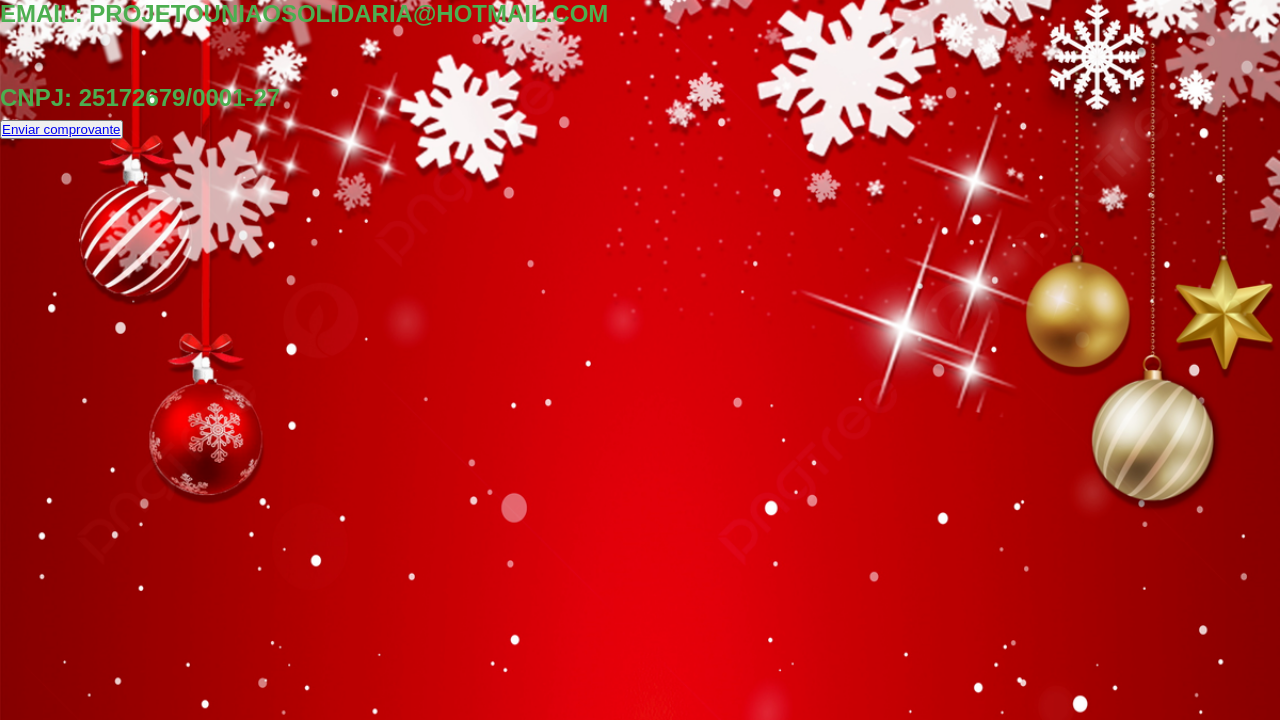
Repository: adrtrvs/qrcodeong
Page: pix.html
The author's editor kept a copy of each file at every save. The page is drawn from the files as they stood at one save, then again after the next save.
The browser window is 1280 px wide. The pictures show the whole page.
Some web fonts or font styles are not loaded; a fallback is used.

Above is the page before, as saved 2022-11-07 11:20:04.

After the next save:
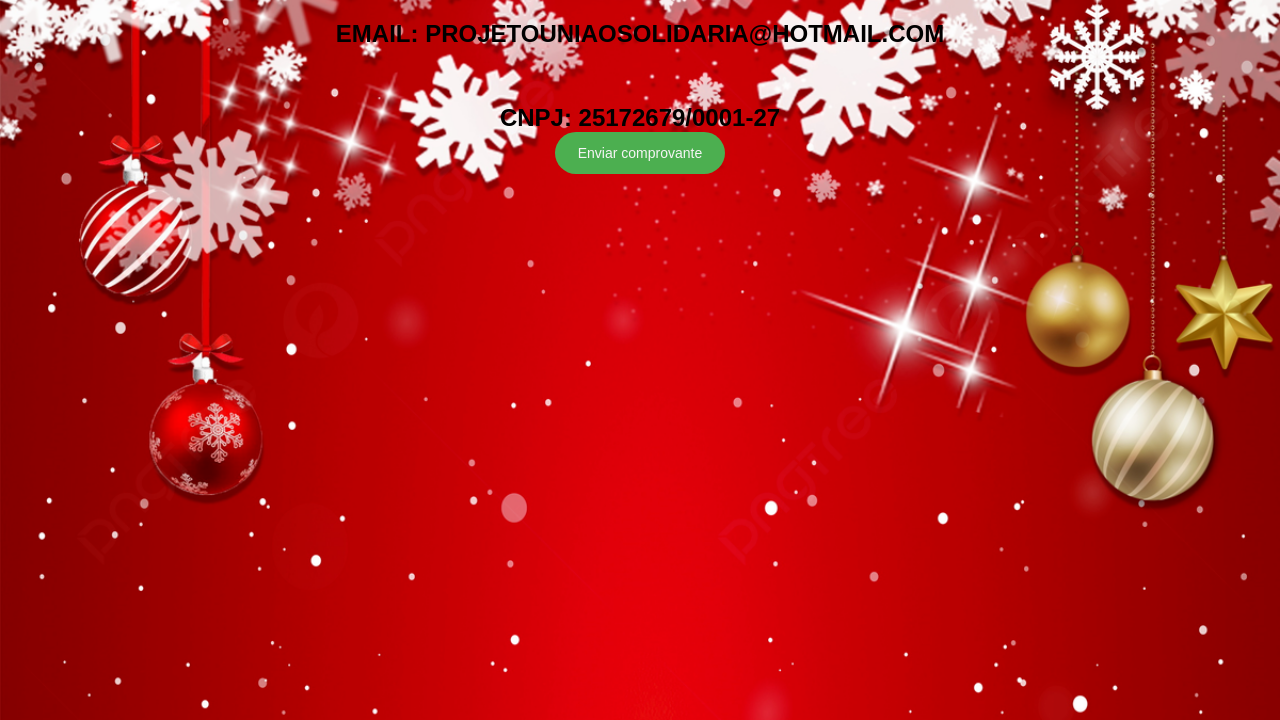
Saved 39 s later.
--- a/style.css
+++ b/style.css
@@ -78,12 +78,8 @@ h3 {
   font-family: 'Cuprum', sans-serif;
 }
 
-.pix h2,
-h3 {
-  color: white;
-}
-
-/*Menu principal*/
+/* Menu principal */
+
 .menu h2 {
   background-color: #4caf50;
   text-align: center;
@@ -178,3 +174,31 @@ ul li {
   text-align: center;
   justify-content: space-between;
 }
+
+.botaocomprov {
+  background-color: #4caf50;
+  border: none;
+  padding: 13px 23px;
+  border-radius: 26px;
+}
+.botaocomprov:hover {
+  background-color: #cbf305;
+  transition-duration: 0.4s;
+}
+.botaocomprov a {
+  text-decoration: none;
+  font-size: 14px;
+  color: whitesmoke;
+  white-space: nowrap;
+  font-family: 'Cuprum', sans-serif;
+}
+._pix {
+  color: black;
+  padding: 20px;
+  text-align: center;
+}
+
+.destaquepix {
+  background-color: blanchedalmond;
+  color: black;
+}
